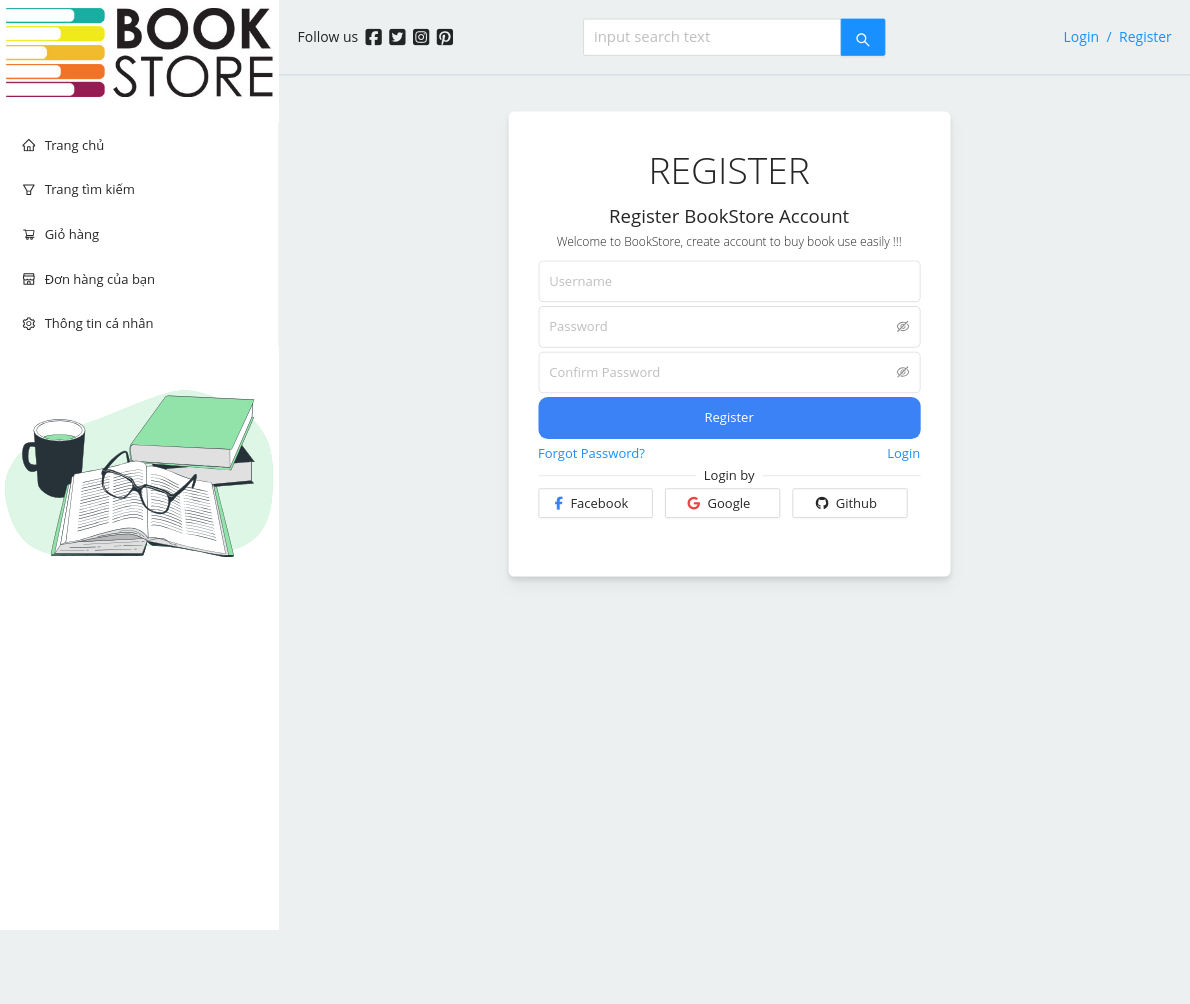
Repository: truongnguyenuit/DoAnCN
Page: /register (app in client/)
The author's editor kept a copy of each file at every save. The page is drawn from the files as they stood at one save, then again after the next save.
The browser window is 1280 px wide. The pictures show the whole page, at 93% of full size.
Some web libraries are served in a nearby version. The project was rebuilt for these pictures with package versions that can differ from the ones it lists, and the page was loaded fresh each time. Also part of the build but not shown: client/src/pages/AuthLoginPage.jsx, client/src/pages/AuthLogoutPage.jsx, client/src/pages/CartPage.jsx, client/src/pages/HomePage.jsx, client/src/pages/settingPage.jsx, client/src/pages/OderPage.jsx, client/src/pages/SearchPage.jsx, client/src/router/protectedRouter.js.

Above is the page before, as saved 2022-09-22 22:48:03.

After the next save:
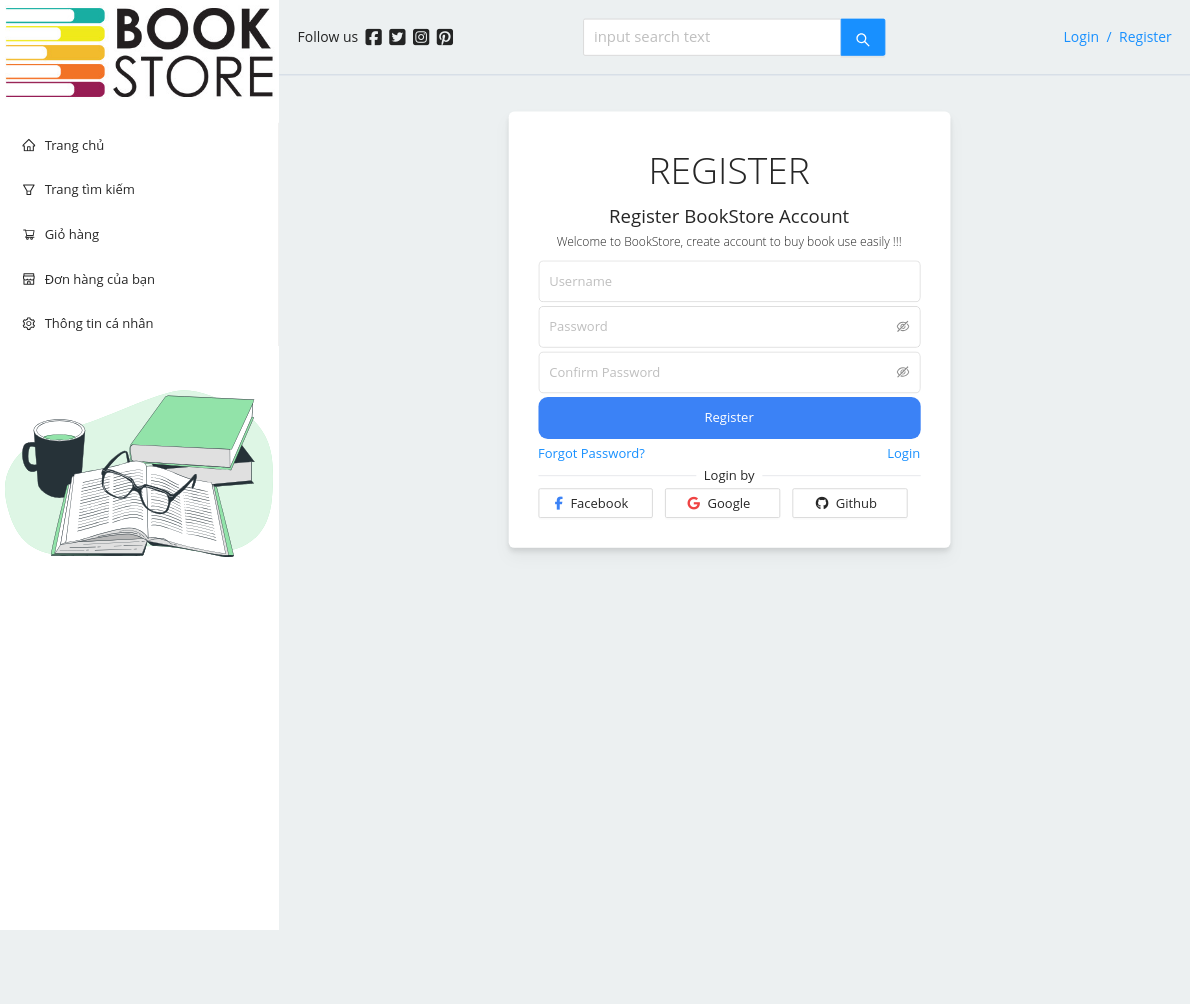
Saved 12 h 14 min later.
--- a/client/src/pages/AuthRegisterPage.jsx
+++ b/client/src/pages/AuthRegisterPage.jsx
@@ -37,7 +37,7 @@ const AuthRegisterPage = () => {
   return (
     <div className='  mt-[80px] flex justify-center bg-[#ecf0f1] h-[1000px]'>
 
-      <div className="bg-white w-[475px] flex flex-col items-center gap-0.5 drop-shadow-lg p-8 mt-10 ml-72 h-[500px] rounded-md">
+      <div className="bg-white w-[475px] flex flex-col items-center gap-0.5 drop-shadow-lg p-8 mt-10 ml-72 h-fit rounded-md">
 
         <span className="text-[40px] font-thin">
           REGISTER
